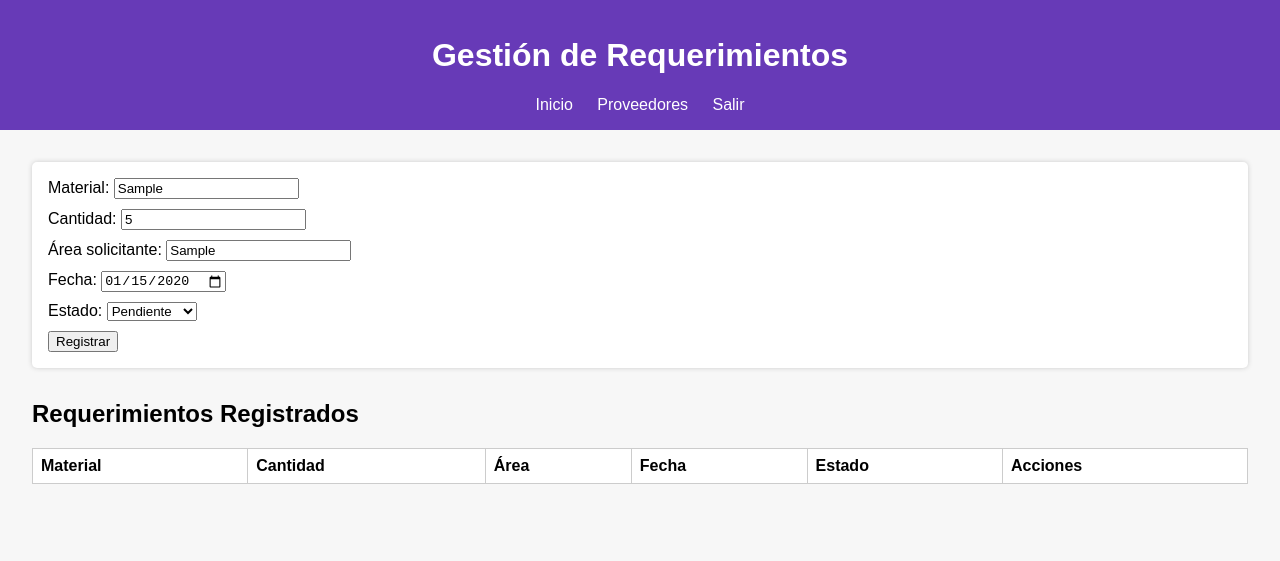
Repository: djkeviin/Mi-primera-chamba
Page: views/requerimientos.html
These files come from the project's save history. The page is drawn as it stood at one moment and after the next save; the edit follows.
The browser window is 1280 px wide. The pictures show the whole page.
Empty fields were first filled with sample values (such as "Sample", 5 or name@example.com).
After loading, the first visible `#formRequerimiento` was submitted once.

Above is the page before, as saved 2025-05-01 22:45:36.
Console error: TypeError: Cannot read properties of null (reading 'value')

### views/requerimientos.html
<!DOCTYPE html>
<html lang="es">
<head>
  <meta charset="UTF-8">
  <title>Gestión de Requerimientos</title>
  <link rel="stylesheet" href="../css/requerimientos.css">
</head>
<body>
  <header>
    <h1>Gestión de Requerimientos</h1>
    <nav>
      <a href="dashboard.html">Inicio</a>
      <a href="proveedores.html">Proveedores</a>
      <a href="../index.html">Salir</a>
    </nav>
  </header>

  <main>
    <form id="formRequerimiento">
        <label>Material:
          <input type="text" id="material" name="material" required>
        </label>
        <label>Cantidad:
          <input type="number" id="cantidad" name="cantidad" required>
        </label>
        <label>Área solicitante:
          <input type="text" id="area" name="area" required>
        </label>
        <label>Fecha:
          <input type="date" id="fecha" name="fecha" required>
        </label>
        <label>Estado:
          <select id="estado" name="estado" required>
            <option value="pendiente">Pendiente</option>
            <option value="aprobado">Aprobado</option>
            <option value="rechazado">Rechazado</option>
          </select>
        </label>
        <button type="submit">Registrar</button>
      </form>

    <section class="lista">
      <h2>Requerimientos Registrados</h2>
      <table>
        <thead>
          <tr>
            <th>Material</th>
            <th>Cantidad</th>
            <th>Área</th>
            <th>Fecha</th>
            <th>Estado</th>
            <th>Acciones</th>
          </tr>
        </thead>
        <tbody id="tablaRequerimientos">
          <!-- Requerimientos dinámicos -->
        </tbody>
      </table>
    </section>
  </main>

  <script src="../js/requerimientos.js"></script>
</body>
</html>

### css/requerimientos.css
body {
    font-family: Arial, sans-serif;
    margin: 0;
    padding: 0;
    background: #f7f7f7;
  }

  header {
    background: #673ab7;
    color: white;
    padding: 1em;
    text-align: center;
  }

  nav a {
    color: white;
    margin: 0 10px;
    text-decoration: none;
  }

  main {
    padding: 2em;
  }

  form {
    background: white;
    padding: 1em;
    border-radius: 5px;
    box-shadow: 0 0 5px #ccc;
    margin-bottom: 2em;
  }

  label {
    display: block;
    margin-bottom: 10px;
  }

  table {
    width: 100%;
    border-collapse: collapse;
    background: white;
  }

  th, td {
    border: 1px solid #ccc;
    padding: 0.5em;
    text-align: left;
  }

### js/requerimientos.js
document.getElementById("formRequerimiento").addEventListener("submit", function (e) {
    e.preventDefault();

    const idRequerimiento = document.getElementById("idRequerimiento").value;
    const fecha = document.getElementById("fecha").value;
    const material = document.getElementById("material").value;
    const cantidad = document.getElementById("cantidad").value;

    const nuevoRequerimiento = {
      idRequerimiento,
      fecha,
      material,
      cantidad
    };

    // Obtener requerimientos actuales
    let requerimientos = JSON.parse(localStorage.getItem("requerimientos")) || [];

    // Agregar nuevo requerimiento
    requerimientos.push(nuevoRequerimiento);

    // Guardar en localStorage
    localStorage.setItem("requerimientos", JSON.stringify(requerimientos));

    alert("Requerimiento registrado con éxito");
    this.reset();
  });

After the next save:
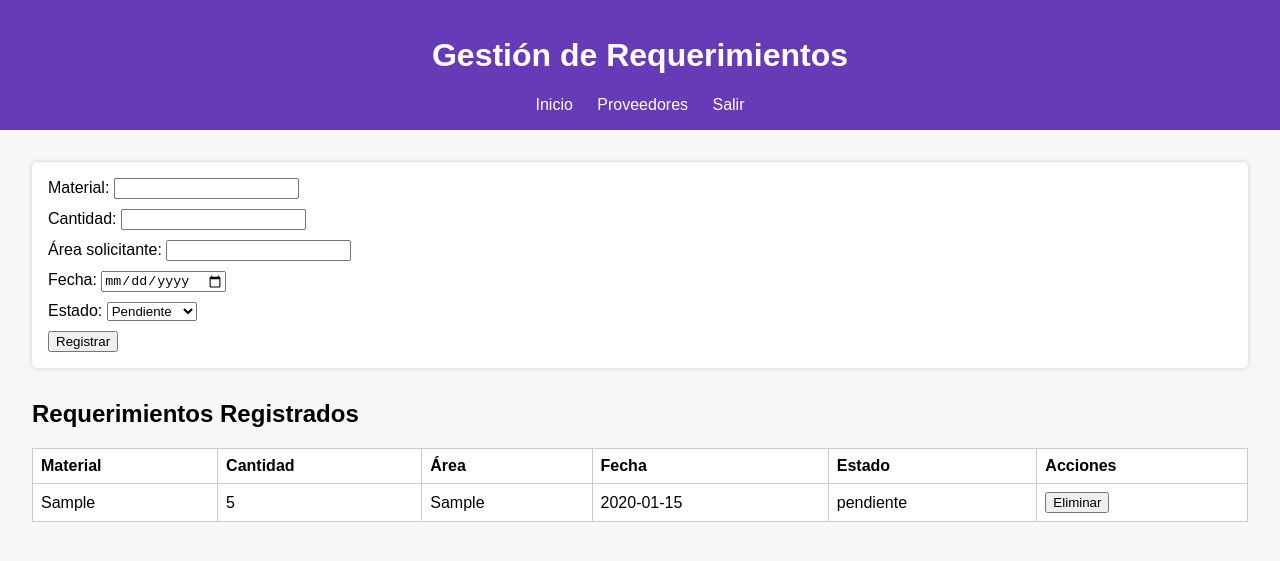
The error is gone.
Saved 20 s later.
--- a/js/requerimientos.js
+++ b/js/requerimientos.js
@@ -1,27 +1,60 @@
-document.getElementById("formRequerimiento").addEventListener("submit", function (e) {
-    e.preventDefault();
+document.addEventListener("DOMContentLoaded", function () {
+    mostrarRequerimientos(); // Cargar requerimientos al iniciar
 
-    const idRequerimiento = document.getElementById("idRequerimiento").value;
-    const fecha = document.getElementById("fecha").value;
-    const material = document.getElementById("material").value;
-    const cantidad = document.getElementById("cantidad").value;
+    document.getElementById("formRequerimiento").addEventListener("submit", function (e) {
+      e.preventDefault();
 
-    const nuevoRequerimiento = {
-      idRequerimiento,
-      fecha,
-      material,
-      cantidad
-    };
+      const material = document.getElementById("material").value;
+      const cantidad = document.getElementById("cantidad").value;
+      const area = document.getElementById("area").value;
+      const fecha = document.getElementById("fecha").value;
+      const estado = document.getElementById("estado").value;
 
-    // Obtener requerimientos actuales
+      const nuevoRequerimiento = {
+        material,
+        cantidad,
+        area,
+        fecha,
+        estado
+      };
+
+      let requerimientos = JSON.parse(localStorage.getItem("requerimientos")) || [];
+      requerimientos.push(nuevoRequerimiento);
+      localStorage.setItem("requerimientos", JSON.stringify(requerimientos));
+
+      alert("Requerimiento registrado con éxito");
+      this.reset();
+      mostrarRequerimientos();
+    });
+  });
+
+  function mostrarRequerimientos() {
+    const tabla = document.getElementById("tablaRequerimientos");
+    tabla.innerHTML = "";
+
+    const requerimientos = JSON.parse(localStorage.getItem("requerimientos")) || [];
+
+    requerimientos.forEach((req, index) => {
+      const fila = document.createElement("tr");
+
+      fila.innerHTML = `
+        <td>${req.material}</td>
+        <td>${req.cantidad}</td>
+        <td>${req.area}</td>
+        <td>${req.fecha}</td>
+        <td>${req.estado}</td>
+        <td>
+          <button onclick="eliminarRequerimiento(${index})">Eliminar</button>
+        </td>
+      `;
+
+      tabla.appendChild(fila);
+    });
+  }
+
+  function eliminarRequerimiento(index) {
     let requerimientos = JSON.parse(localStorage.getItem("requerimientos")) || [];
-
-    // Agregar nuevo requerimiento
-    requerimientos.push(nuevoRequerimiento);
-
-    // Guardar en localStorage
+    requerimientos.splice(index, 1);
     localStorage.setItem("requerimientos", JSON.stringify(requerimientos));
-
-    alert("Requerimiento registrado con éxito");
-    this.reset();
-  });
+    mostrarRequerimientos();
+  }
